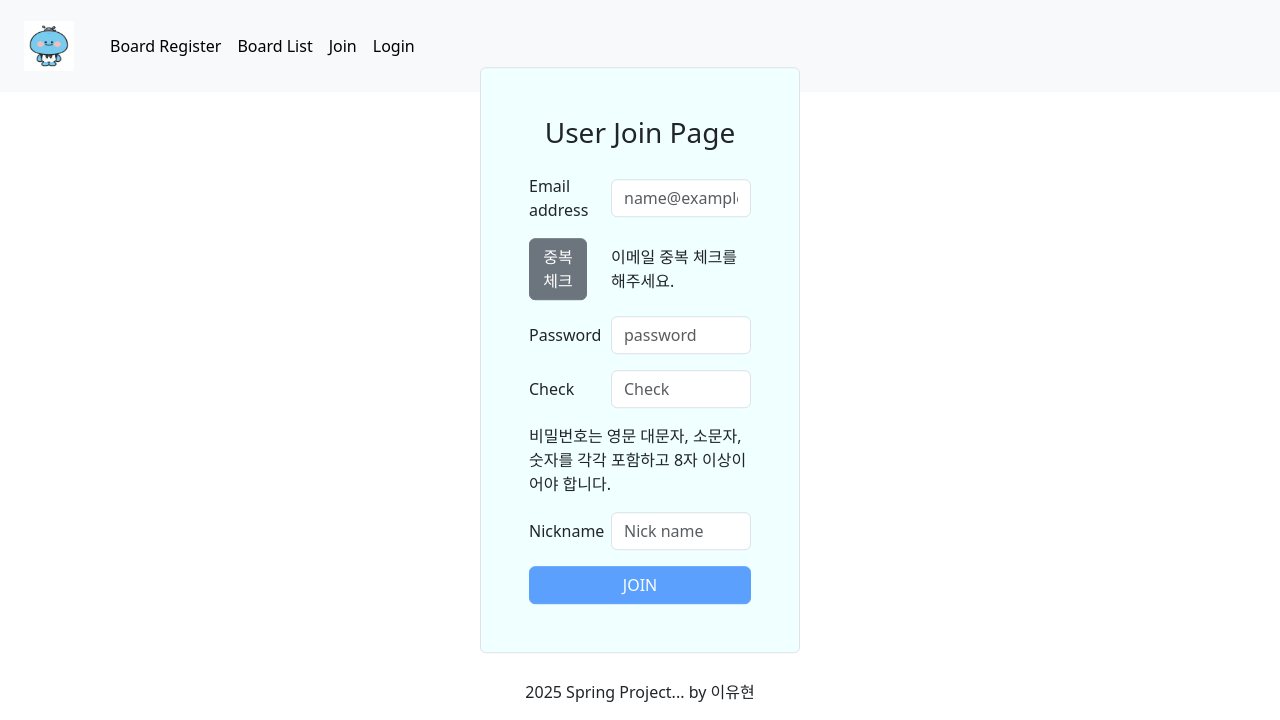
Repository: LeeYouHyeon/6.Spring
Page: http://localhost/spring_project/WEB-INF/views/user/register.jsp
An editor plug-in stored every save of this project. The page is shown before and after the next save, followed by the edit.
The browser window is 1280 px wide. The pictures show the whole page.
The page is served by Tomcat 9. Nobody is signed in. The template is opened directly, without the code that normally fills it, so the values that code supplies are empty.

Above is the page before, as saved 2025-06-10 07:07:16.

After the next save:
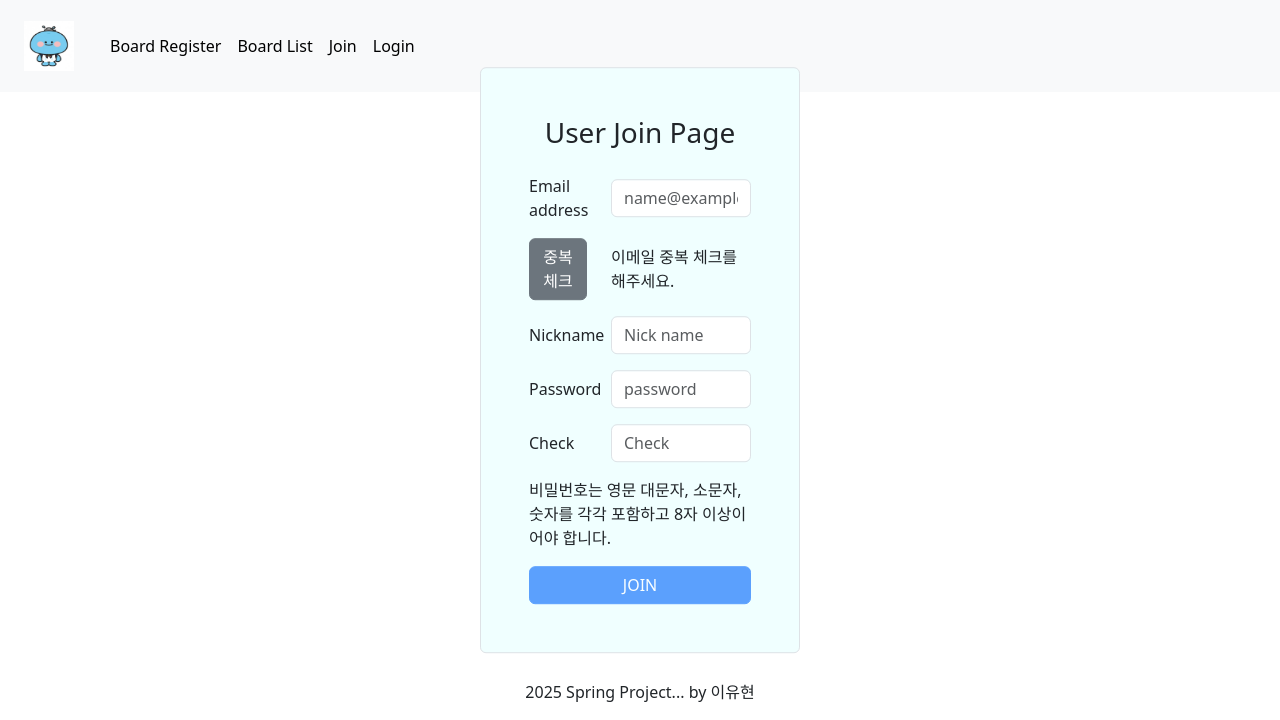
Saved 29 s later.
--- a/spring_project/src/main/webapp/WEB-INF/views/user/register.jsp
+++ b/spring_project/src/main/webapp/WEB-INF/views/user/register.jsp
@@ -23,6 +23,18 @@
 			</div>
 			<div class="col-8" id="emailCheckStmt">이메일 중복 체크를 해주세요.</div>
 		</div>
+
+		<div class="mb-3 row align-items-center">
+			<div class="col-4">Nickname</div>
+			<div class="col-8">
+				<input type="text"
+					class="form-control"
+					id="nickName"
+					name="nickName"
+					placeholder="Nick name">
+			</div>
+		</div>
+
 		<div class="mb-3 row align-items-center">
 			<div class="col-4">Password</div>
 			<div class="col-8">
@@ -45,16 +57,6 @@
 			</div>
 		</div>
 		<div class="mb-3">비밀번호는 영문 대문자, 소문자, 숫자를 각각 포함하고 8자 이상이어야 합니다.</div>
-		<div class="mb-3 row align-items-center">
-			<div class="col-4">Nickname</div>
-			<div class="col-8">
-				<input type="text"
-					class="form-control"
-					id="nickName"
-					name="nickName"
-					placeholder="Nick name">
-			</div>
-		</div>
 		<button type="submit" class="btn btn-primary w-100" disabled>JOIN</button>
 	</form>
 </div>
